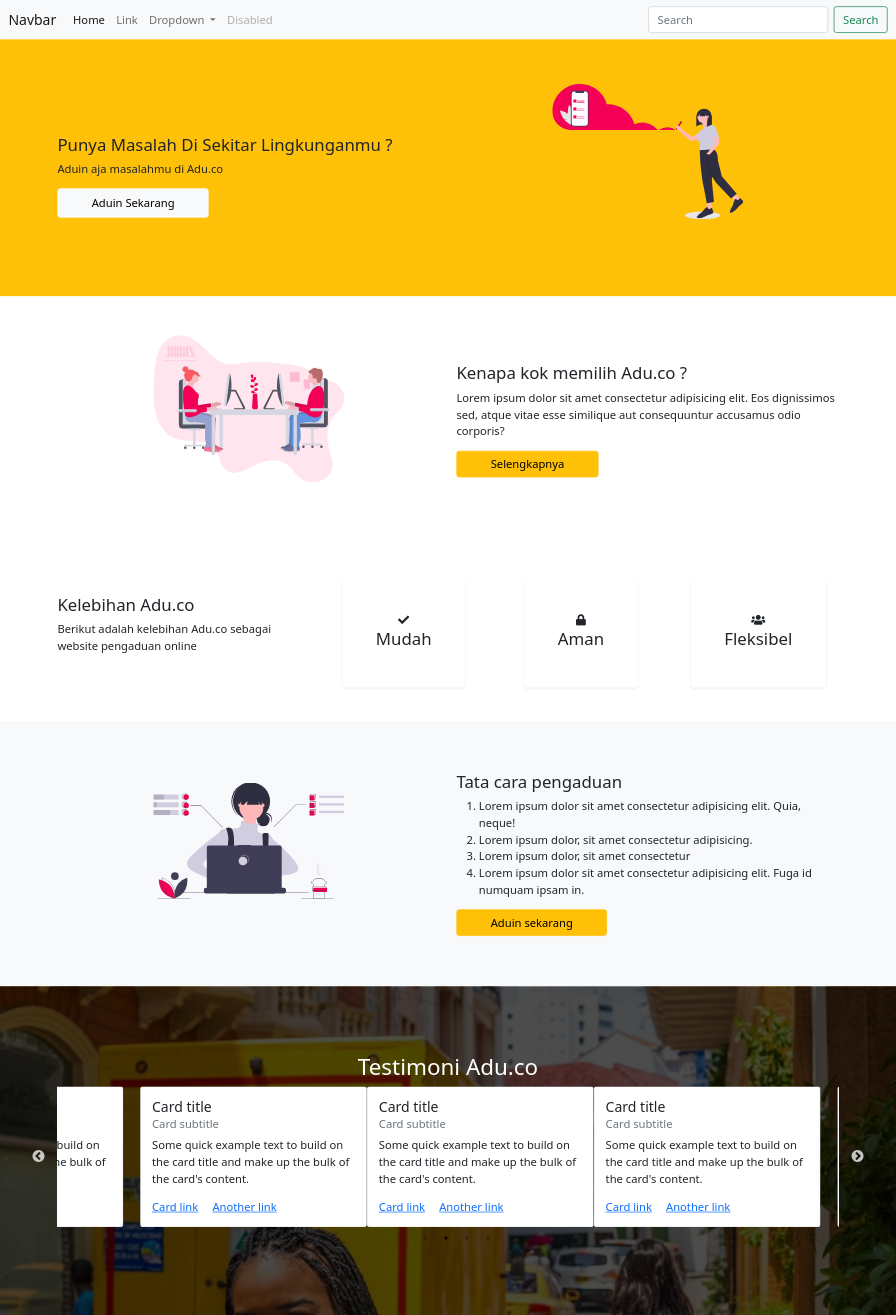
Repository: khulqu15/pengaduan2
Page: http://localhost/
These files come from the project's save history. The page is drawn as it stood at one moment and after the next save; the edit follows.
The browser window is 1280 px wide. The pictures show the whole page, at 70% of full size.
Backgrounds fixed to the window are drawn as part of the page. The page is served by the project's Laravel application, run on PHP 8.4 with Laravel 8.

Above is the page before, as saved 2021-02-23 21:08:21.

After the next save:
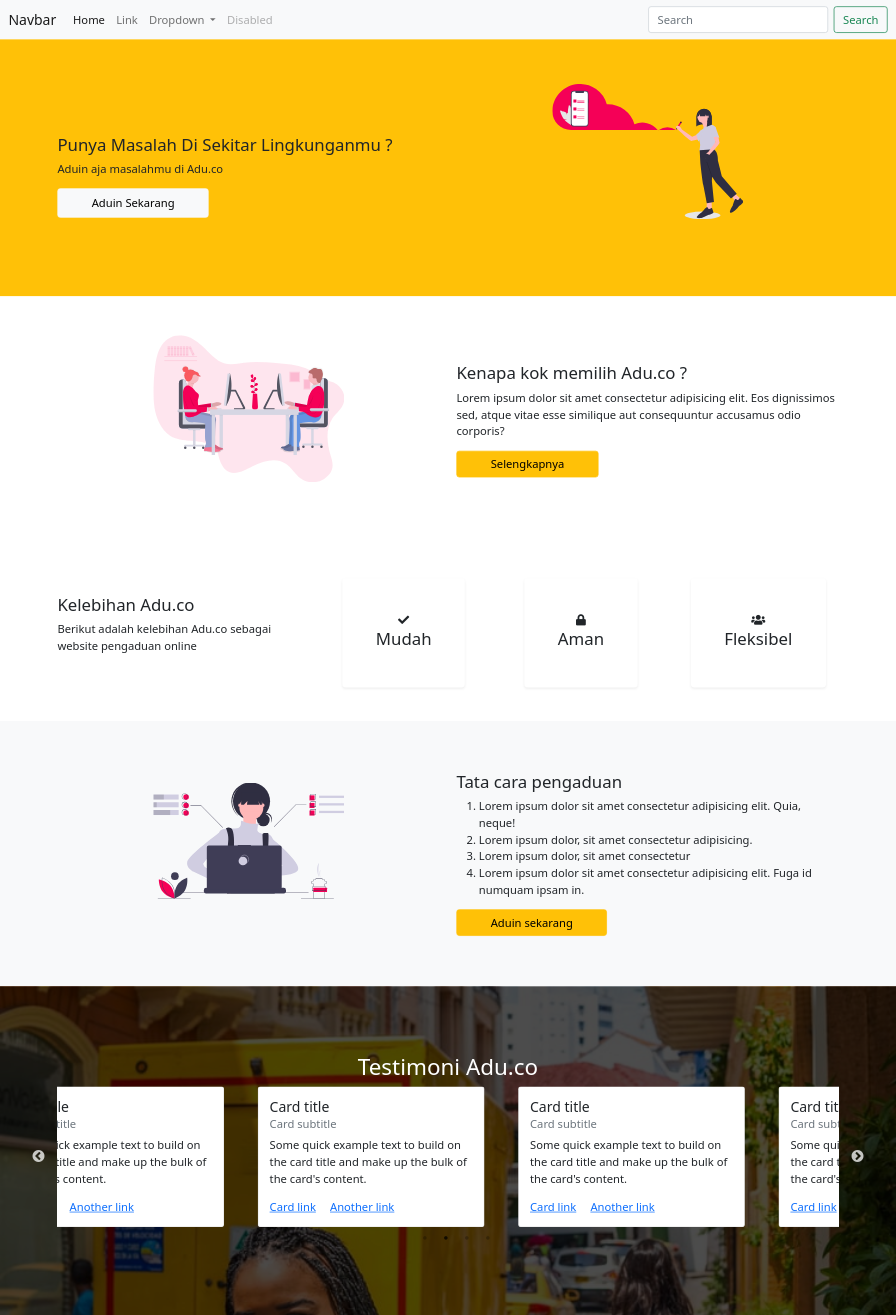
Saved 18 s later.
--- a/resources/views/welcome.blade.php
+++ b/resources/views/welcome.blade.php
@@ -97,7 +97,7 @@
                             </div>
                         </div>
                     </div>
-                    <div>
+                    <div class="px-4">
                         <div class="card w-100">
                             <div class="card-body">
                                 <h5 class="card-title">Card title</h5>
@@ -108,7 +108,7 @@
                             </div>
                         </div>
                     </div>
-                    <div>
+                    <div class="px-4">
                         <div class="card w-100">
                             <div class="card-body">
                                 <h5 class="card-title">Card title</h5>
@@ -119,7 +119,7 @@
                             </div>
                         </div>
                     </div>
-                    <div>
+                    <div class="px-4">
                         <div class="card w-100">
                             <div class="card-body">
                                 <h5 class="card-title">Card title</h5>
